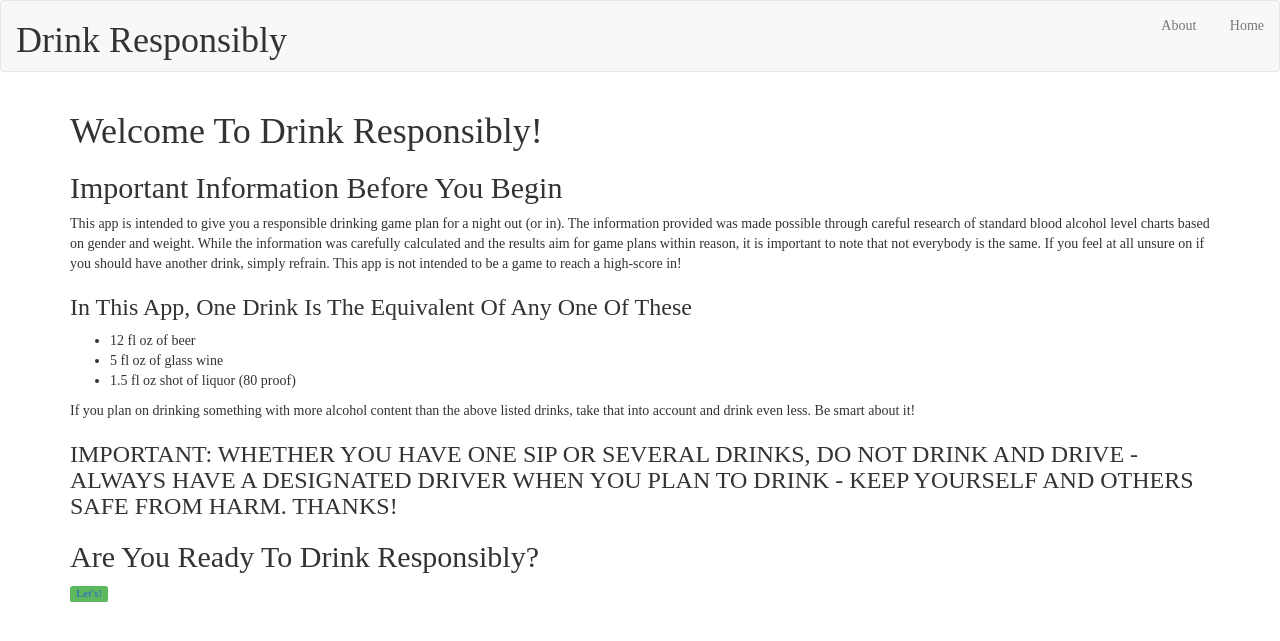
Repository: NatNat180/DrinkResponsibly
Page: http://localhost/DrinkResponsibly/
These files come from the project's save history. The page is drawn as it stood at one moment and after the next save; the edit follows.
The browser window is 1280 px wide. The pictures show the whole page.
Some web fonts or font styles are not loaded; a fallback is used. The page is served by Tomcat 9.

Above is the page before, as saved 2016-04-07 15:23:02.

After the next save:
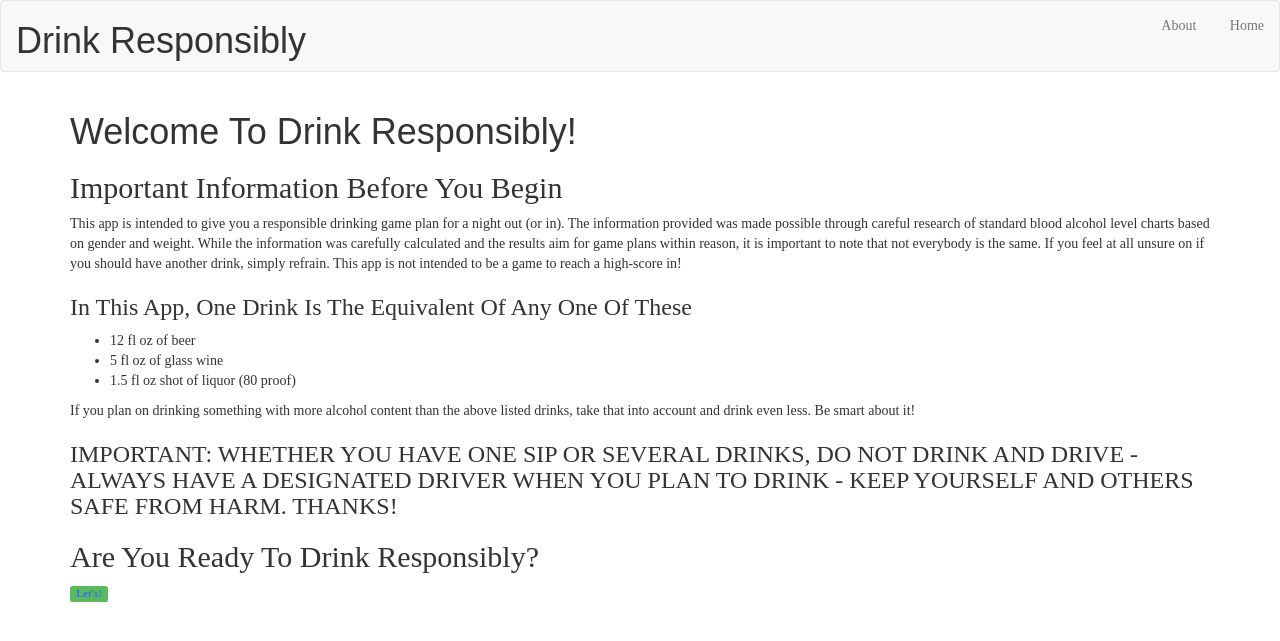
Saved 13 s later.
--- a/DrinkResponsibly/WebContent/css/style.css
+++ b/DrinkResponsibly/WebContent/css/style.css
@@ -8,7 +8,7 @@
 font-family: 'Amatic SC', cursive;
 */
 
-h1 {font-family: 'Bitter', serif;}
+h1 {font-family: 'Fjalla One', sans-serif;}
 
 body {
 	font-family: 'Bitter', serif;

After the save that followed:
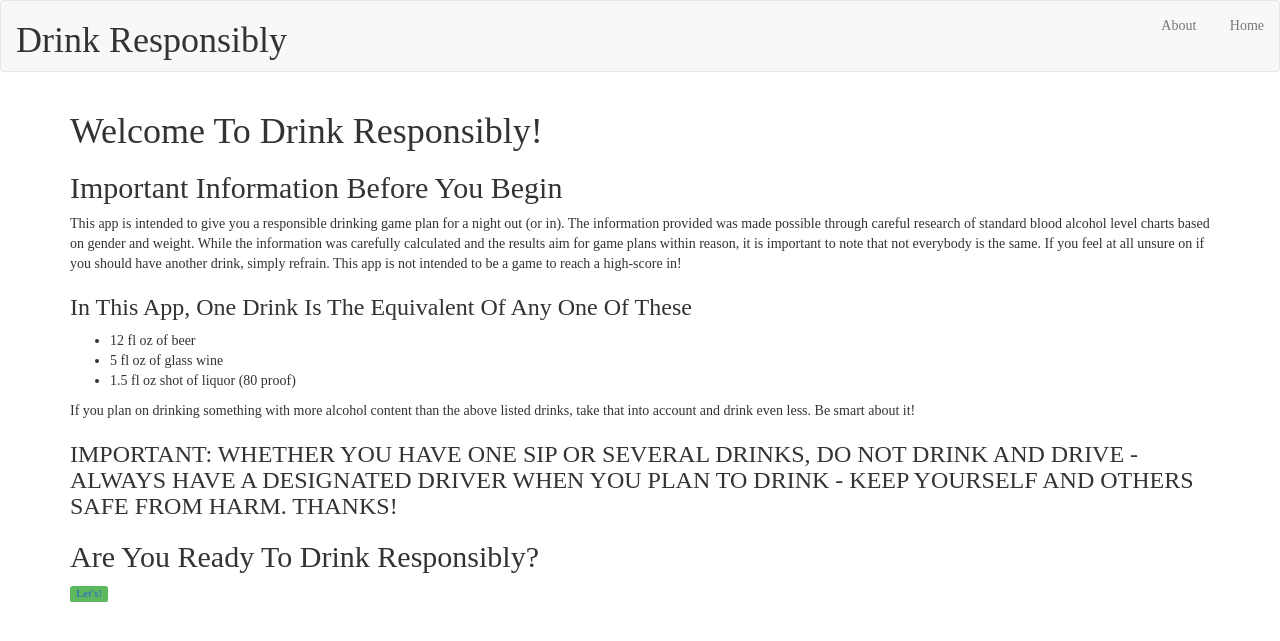
Saved 18 s later.
--- a/DrinkResponsibly/WebContent/css/style.css
+++ b/DrinkResponsibly/WebContent/css/style.css
@@ -8,7 +8,7 @@
 font-family: 'Amatic SC', cursive;
 */
 
-h1 {font-family: 'Fjalla One', sans-serif;}
+h1 {font-family: 'Arvo', serif;}
 
 body {
 	font-family: 'Bitter', serif;
